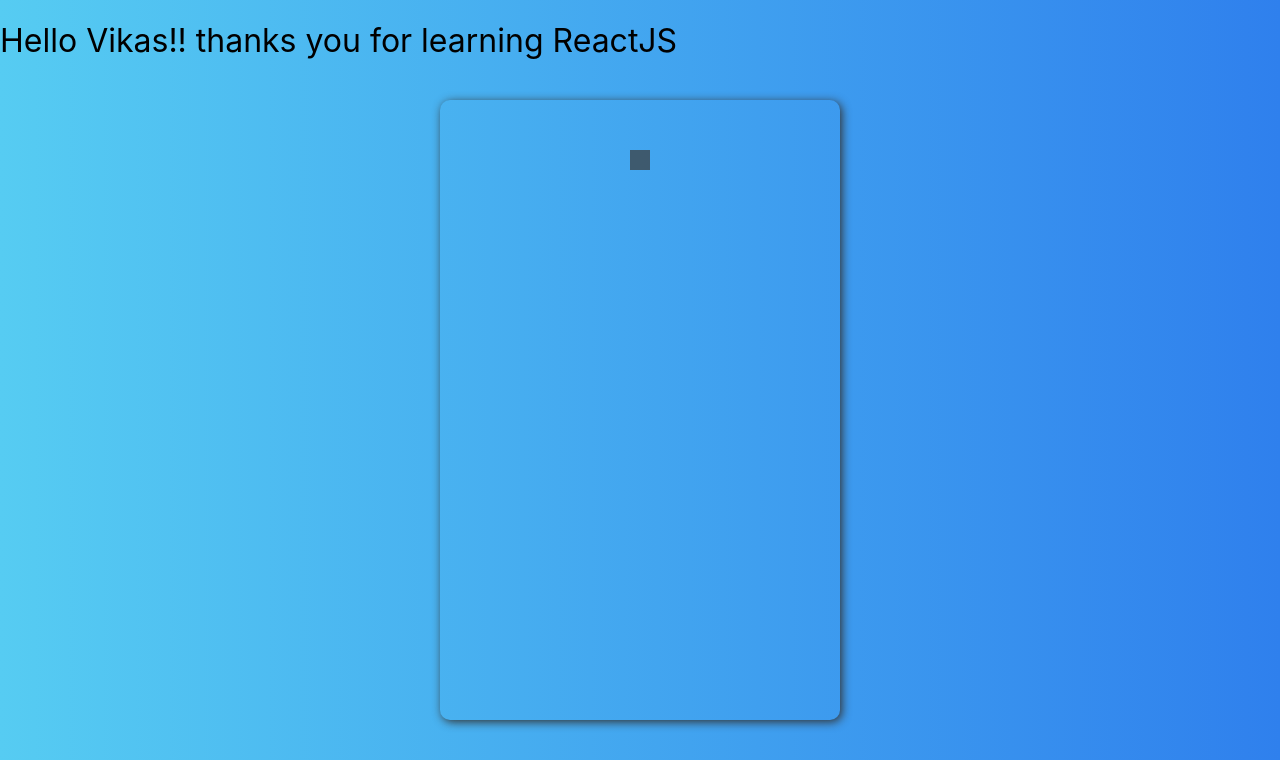
Repository: vikas-1234/calculator
Page: /
The author's editor kept a copy of each file at every save. The page is drawn from the files as they stood at one save, then again after the next save.
The browser window is 1280 px wide. The pictures show the whole page.
The project was rebuilt for these pictures with package versions that can differ from the ones it lists, and the page was loaded fresh each time.

Above is the page before, as saved 2024-01-17 21:31:40.

### src/index.css
*,*::before,*::after{
  box-sizing: border-box;
  font-weight: normal;
}



body {
  margin: 0;
  padding: 0;
  background: linear-gradient(to right,#56ccf2, #2f80ed);
  font-family: -apple-system, BlinkMacSystemFont, 'Segoe UI', 'Roboto', 'Oxygen',
    'Ubuntu', 'Cantarell', 'Fira Sans', 'Droid Sans', 'Helvetica Neue',
    sans-serif;
  -webkit-font-smoothing: antialiased;
  -moz-osx-font-smoothing: grayscale;
}

code {
  font-family: source-code-pro, Menlo, Monaco, Consolas, 'Courier New',
    monospace;
}

### src/App.js

import Calculator from "./Components/Calculator";
function App() {
  return (
    <div className="App">
      <h1>Hello Vikas!! thanks you for learning ReactJS</h1>
      <Calculator/>
    </div>
  );
}

export default App;

### src/Components/Calculator.jsx
import React from 'react'
import {Container,Screen,Previous,Current} from "../Styles/Main";


const Calculator = () => {
  return (
    <>
    <Container>

      <Screen>
        <Previous></Previous>
        <Current></Current>
        </Screen>

    </Container>

    </>
  )
}

export default Calculator

### src/Styles/Main.jsx
import styled from "styled-components";

export const Container = styled.div`
    display:grid;
    justify-content:center;
    align-items:center;
    width:400px;
    min-height:500px;
    margin:40px auto;
    grid-template-column:repeat(4,100px);
    grid-template-rows:minmax(120px, auto) repeat(5,100px);
    box-shadow:2px 2px 10px #333;
    border-radius:10px;

`;

export const Screen = styled.div`
    grid-column: 1/-1;
    background-color: rgba(60,64,67,0.75);
    display: flex;
    justify-content: space-around;
    flex-direction: column;
    padding: 10px;
    word-wrap: break-word;
    break-word: bread-all;
    text-align: right;
    border-top-left-radius: 10px
    border-top-right-radius: 10px;



`;


export const Previous = styled.div`
    color: rgba(255,255,255,0.75);
    font-size: 1.5rem;


`;

export const Current = styled.div`
    color: white;
    font-size: 2.5rem;


`;

Loaded but not shown: public/index.html (common file); src/index.js (common file); src/reportWebVitals.js (common file)

After the next save:
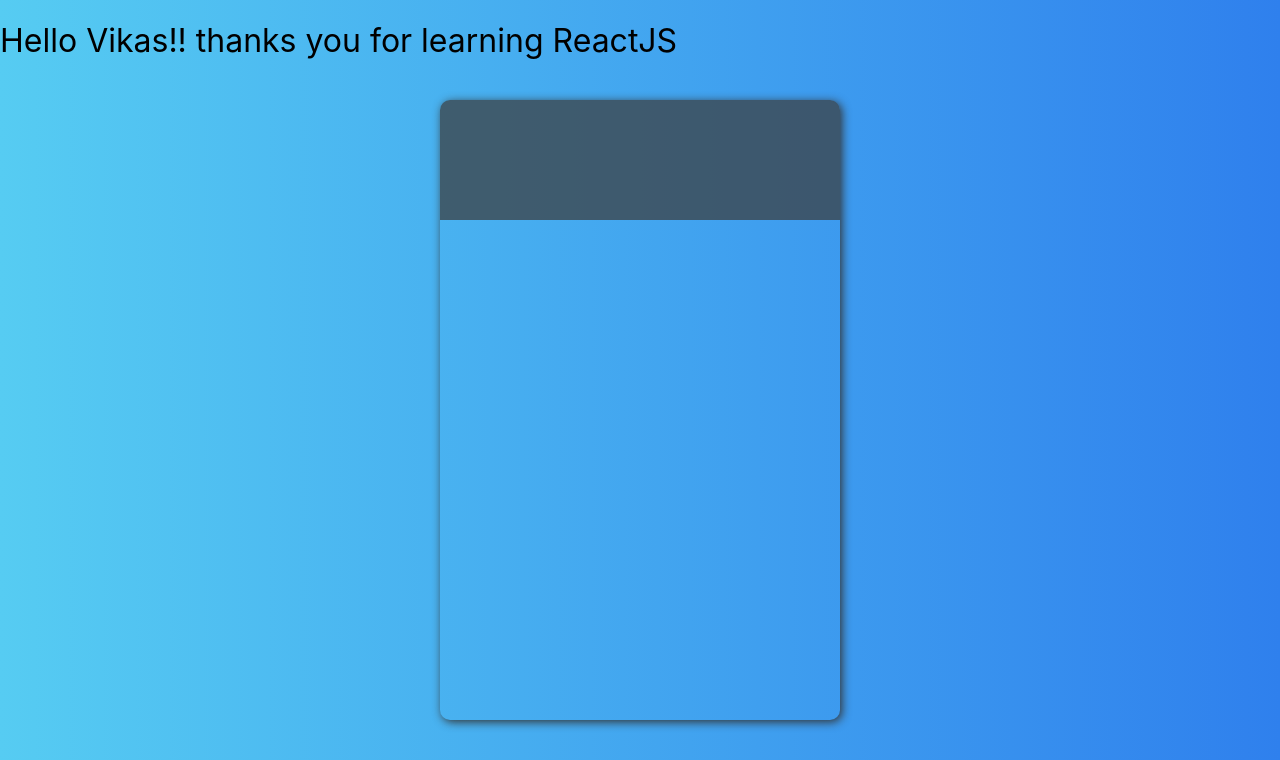
Saved 73 s later.
--- a/src/Styles/Main.jsx
+++ b/src/Styles/Main.jsx
@@ -1,47 +1,59 @@
 import styled from "styled-components";
 
 export const Container = styled.div`
-    display:grid;
-    justify-content:center;
-    align-items:center;
-    width:400px;
-    min-height:500px;
-    margin:40px auto;
-    grid-template-column:repeat(4,100px);
-    grid-template-rows:minmax(120px, auto) repeat(5,100px);
-    box-shadow:2px 2px 10px #333;
-    border-radius:10px;
-
+  display: grid;
+  justify-content: center;
+  align-content: center;
+  width: 400px;
+  margin: 40px auto;
+  grid-template-columns: repeat(4, 100px);
+  grid-template-rows: minmax(120px, auto) repeat(5, 100px);
+  box-shadow: 2px 2px 10px #333;
+  border-radius: 10px;
 `;
 
 export const Screen = styled.div`
-    grid-column: 1/-1;
-    background-color: rgba(60,64,67,0.75);
-    display: flex;
-    justify-content: space-around;
-    flex-direction: column;
-    padding: 10px;
-    word-wrap: break-word;
-    break-word: bread-all;
-    text-align: right;
-    border-top-left-radius: 10px
-    border-top-right-radius: 10px;
-
-
-
+  grid-column: 1 / -1;
+  background-color: rgba(60, 64, 67, 0.75);
+  display: flex;
+  justify-content: space-around;
+  flex-direction: column;
+  padding: 10px;
+  word-wrap: break-word;
+  word-break: break-all;
+  text-align: right;
+  border-top-left-radius: 10px;
+  border-top-right-radius: 10px;
 `;
 
-
 export const Previous = styled.div`
-    color: rgba(255,255,255,0.75);
-    font-size: 1.5rem;
-
-
+  color: rgba(255, 255, 255, 0.75);
+  font-size: 1.5rem;
 `;
 
 export const Current = styled.div`
-    color: white;
-    font-size: 2.5rem;
+  color: white;
+  font-size: 2.5rem;
+`;
 
-
+export const Button = styled.button`
+  cursor: pointer;
+  font-size: 2rem;
+  outline: none;
+  border: 1px outset white;
+  background-color: rgba(255, 255, 255, 0.75);
+  &:hover {
+    background-color: rgba(255, 255, 255, 0.9);
+  }
+  ${function ({ gridSpan }) {
+    if (gridSpan) {
+      return `grid-column: span ${gridSpan} ;`;
+    }
+  }};
+  ${({ operation }) => operation && `background-color:gray;`};
+  ${({ control }) => control && `background-color:skyBlue;`};
+  ${({ equals }) =>
+    equals && `background-color:gray;border-bottom-right-radius:10px;`};
+  ${({ decimal }) =>
+    decimal && `background-color:skyBlue;border-bottom-left-radius:10px;`};
 `;
